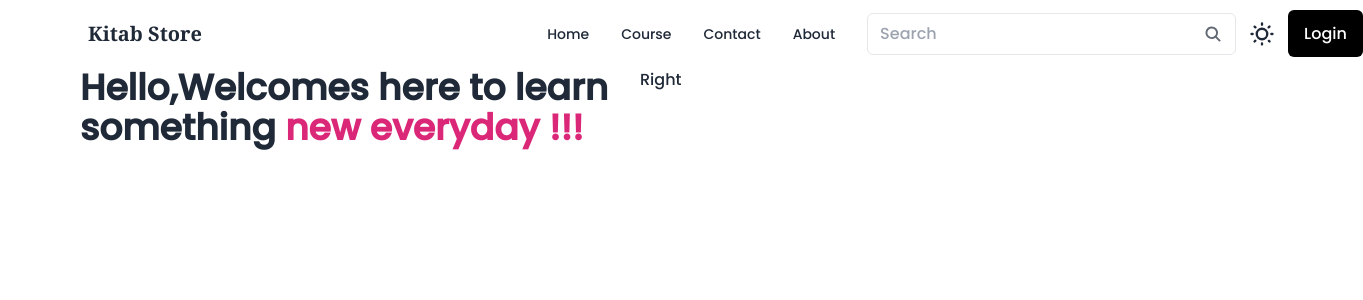
Repository: diensy/Kitab.com
Page: / (app in Frontend/)
These files come from the project's save history. The page is drawn as it stood at one moment and after a run of saves; the edit follows.
The browser window is 1280 px wide. The page is 1363 px wide, so the pictures cover 1363 px, including what lies to the right of the window. The pictures show the whole page.
The project was rebuilt for these pictures with package versions that can differ from the ones it lists, and the page was loaded fresh each time. Also part of the build but not shown: Frontend/vite.config.js.

Above is the page before, as saved 2024-07-28 23:24:28.

After the next 2 saves:
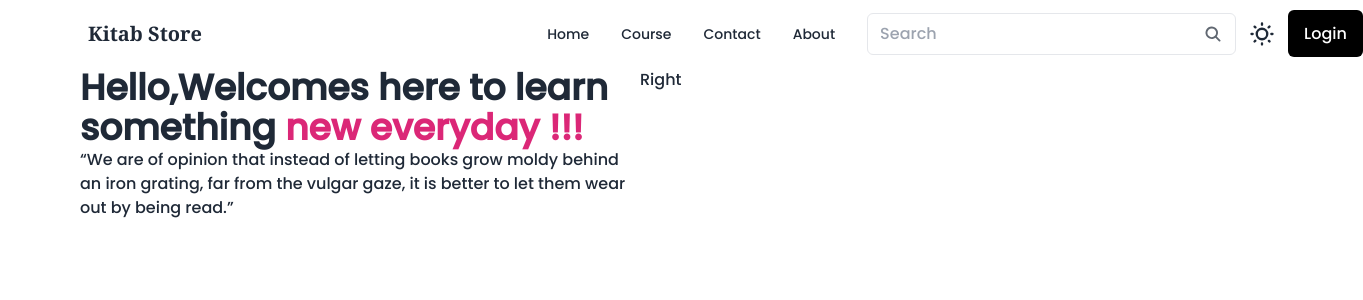
The 2 saves are shown as one change because they came seconds apart.
The last was saved 11 s later.
--- a/Frontend/src/Components/Banner.jsx
+++ b/Frontend/src/Components/Banner.jsx
@@ -9,7 +9,11 @@ const Banner = () => {
             Hello,Welcomes here to learn something
             <span className="text-pink-600 "> new everyday !!!</span>
           </h1>
-          <p></p>
+          <p>
+            “We are of opinion that instead of letting books grow moldy behind
+            an iron grating, far from the vulgar gaze, it is better to let them
+            wear out by being read.”
+          </p>
         </div>
         <div className="w-full md:w-1/2">Right</div>
       </div>
